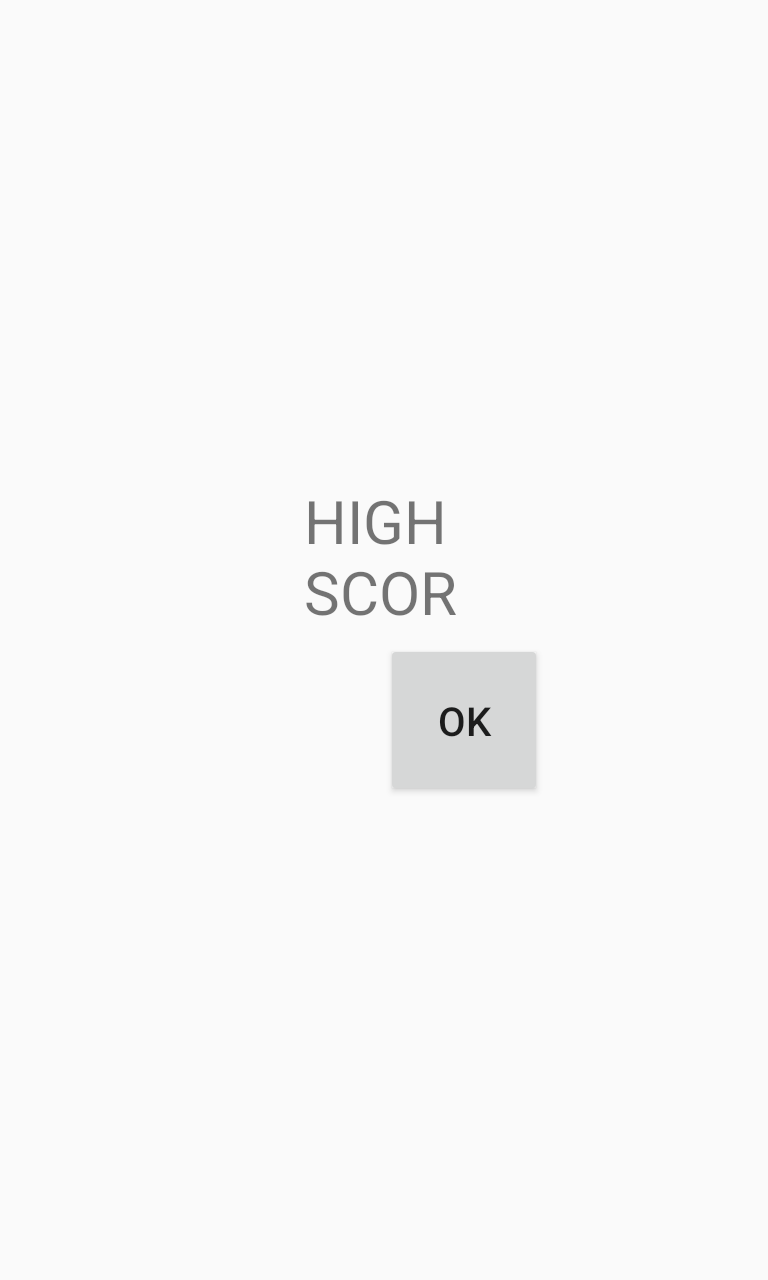
Repository: JoanneCaroll/Mathbomb
Layout: MathBomb/res/layout/activity_highscore.xml
The author's editor kept a copy of each file at every save. The layout is drawn from the files as they stood at one save, then again after the next save.
It is drawn on a 768 x 1280 px phone screen (xhdpi) without system bars, with theme AppTheme; the app's code is not run.

Above is the layout before, as saved 2014-11-12 06:00:22.

After the next save:
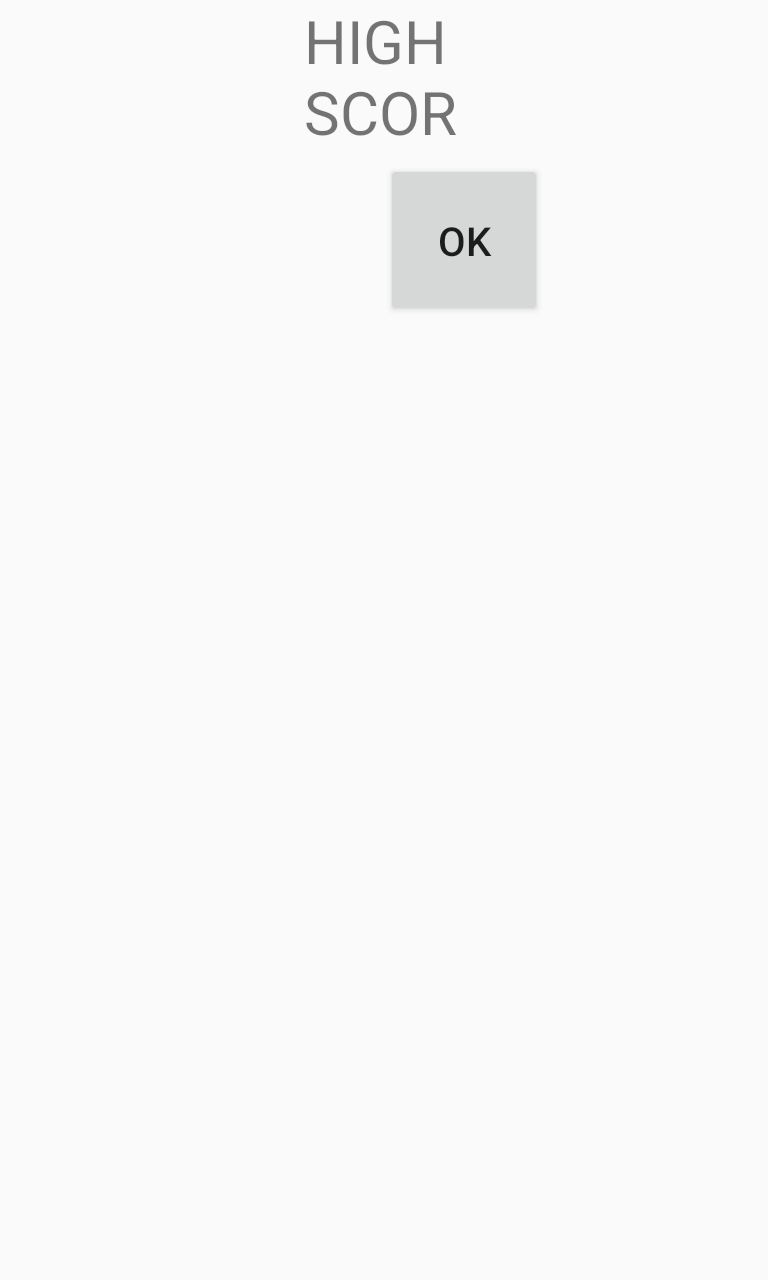
Saved 96 s later.
--- a/MathBomb/res/layout/activity_highscore.xml
+++ b/MathBomb/res/layout/activity_highscore.xml
@@ -1,8 +1,8 @@
 <?xml version="1.0" encoding="utf-8"?>
-<LinearLayout xmlns:android="http://schemas.android.com/apk/res/android"
+<LinearLayout
+    xmlns:android="http://schemas.android.com/apk/res/android"
     android:layout_width="match_parent"
     android:layout_height="match_parent"
-    android:gravity="center"
     android:orientation="vertical">
 
     <TextView
@@ -32,10 +32,10 @@
    <LinearLayout/>
 
     <Button
-         android:layout_gravity="center"
-       		android:id="@+id/ok_highscore"
-            android:layout_width="80dp"
-            android:layout_height="80dp"
-            android:textSize="20dp"
-            android:text="OK"/>
+        android:layout_gravity="center"
+       	android:id="@+id/ok_highscore"
+        android:layout_width="80dp"
+        android:layout_height="80dp"
+        android:textSize="20dp"
+        android:text="OK"/>
 </LinearLayout>
